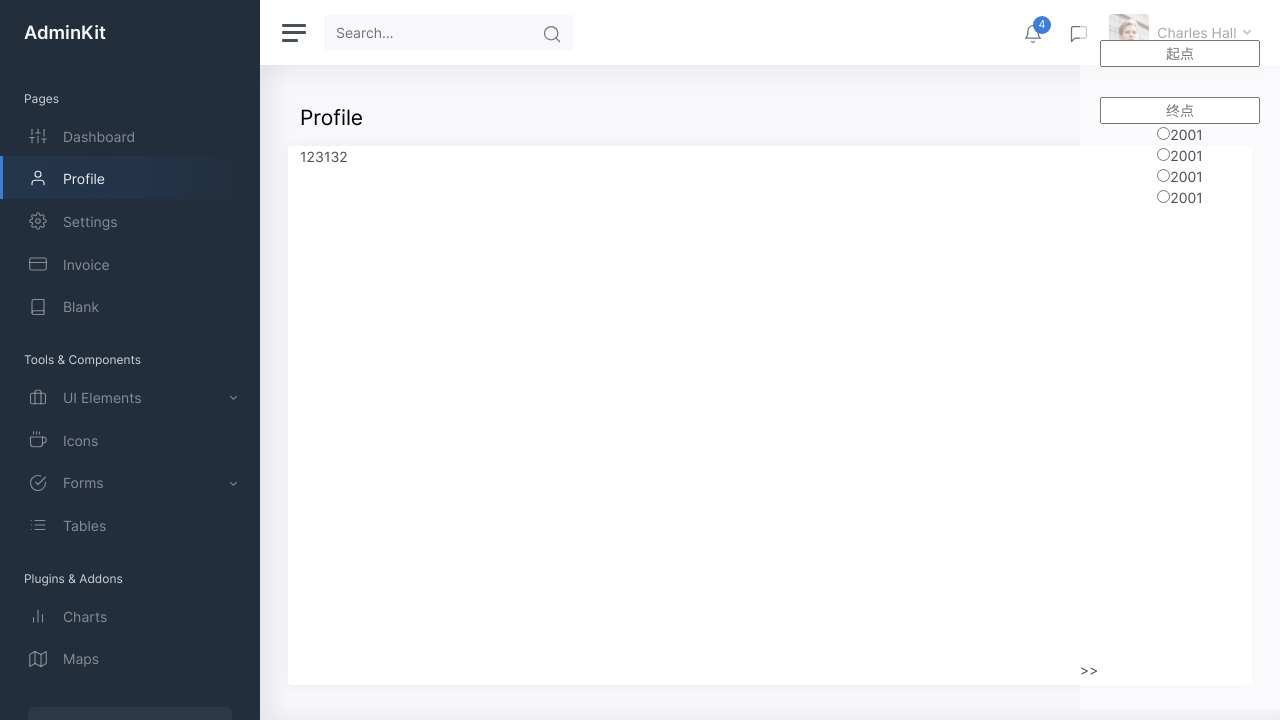
Repository: yuwei0922/WHURS-WGIS
Page: final_project/pages-profile.html
The author's editor kept a copy of each file at every save. The page is drawn from the files as they stood at one save, then again after the next save.
The browser window is 1280 px wide. The pictures show the whole page.

Above is the page before, as saved 2022-12-21 21:03:08.
Not found: final_project/js/vendor.js

After the next save:
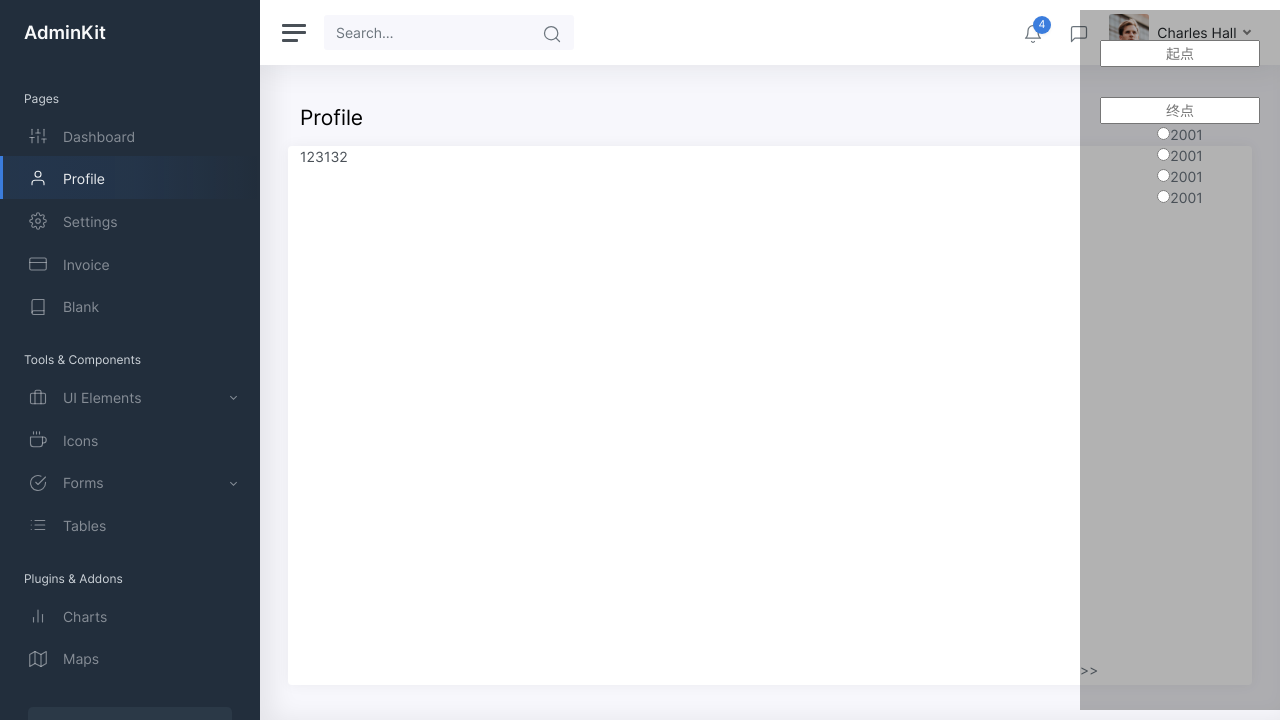
Saved 20 s later.
--- a/final_project/css/content.css
+++ b/final_project/css/content.css
@@ -12,7 +12,7 @@
     top: 50%;
     right: 0;
     transform: translateY(-50%);
-    background-color:rgba(255,255,255,0.6) ;
+    background-color:rgba(0,0,0,0.3) ;
     text-align: center;
     width: 200px;
 }
